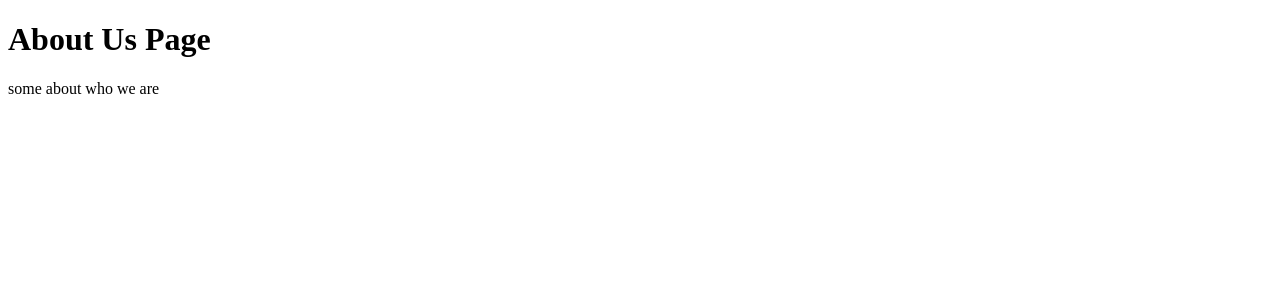
Repository: Lehuyhuynh/BTH2-CSS
Page: BTH3/index.html
The author's editor kept a copy of each file at every save. The page is drawn from the files as they stood at one save, then again after a run of saves.
The browser window is 1280 px wide. The pictures show the whole page.

Above is the page before, as saved 2023-08-11 15:46:46.

After the next 8 saves:
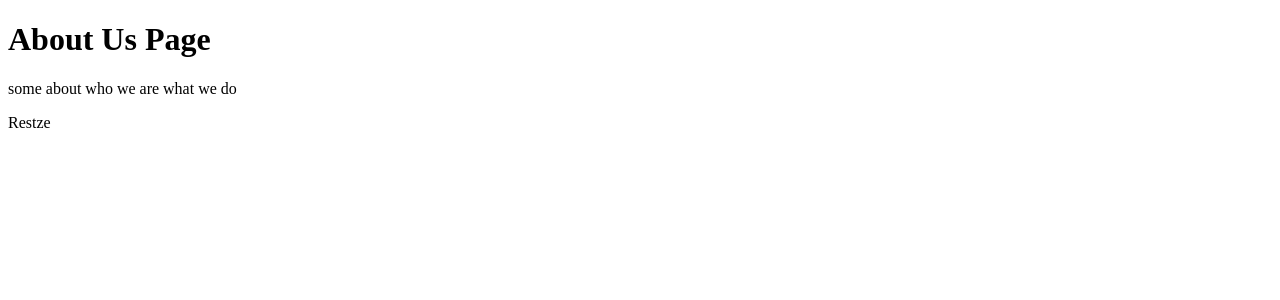
The 8 saves are shown as one change because they came seconds apart.
The last was saved 23 s later.
--- a/BTH3/index.html
+++ b/BTH3/index.html
@@ -9,7 +9,8 @@
 <body>
   <div class="section">
     <h1>About Us Page</h1>
-    <p>some about who we are</p>
+    <p>some about who we are what we do</p>
+    <p>Restze</p>
   </div>
 </body>
 </html>
